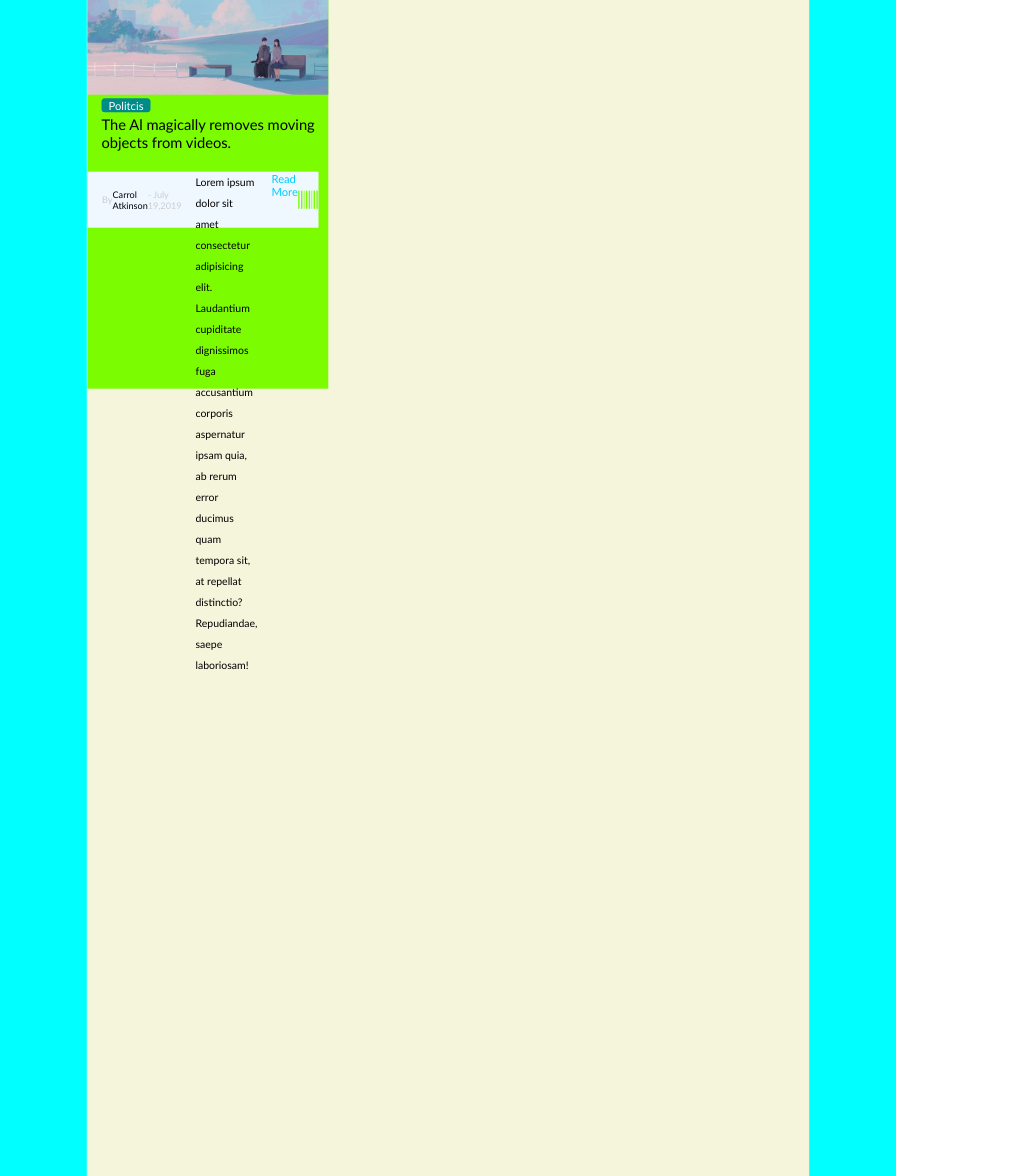
Repository: giacatdat2k5/html3
Page: html3.vs/7.1.html
The author's editor kept a copy of each file at every save. The page is drawn from the files as they stood at one save, then again after the next save.
The browser window is 1280 px wide. The page is 1462 px wide, so the pictures cover 1462 px, including what lies to the right of the window. The pictures show the part of the page from y = 735 to 2415 px (the page is 2670 px tall before and 2882 px after), at 70% of full size.

Above is the page before, as saved 2023-09-27 15:43:18.

After the next save:
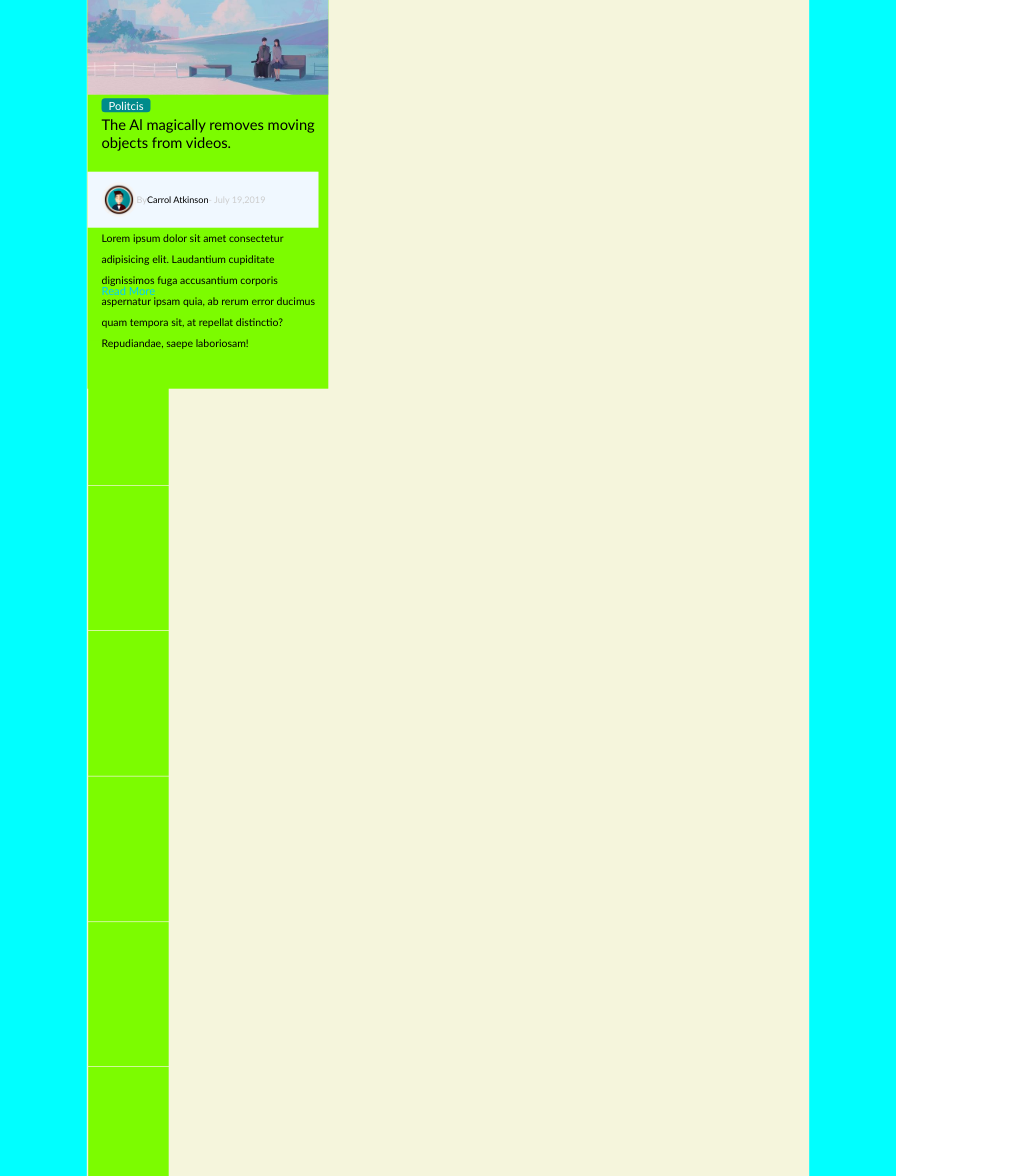
Saved 16 s later.
--- a/html3.vs/7.1.html
+++ b/html3.vs/7.1.html
@@ -70,6 +70,7 @@
                     Carrol Atkinson
                     <span class="c">- July 19,2019</span>
                 </div>
+            </div>
                 <div class="lorem">Lorem ipsum dolor sit amet consectetur adipisicing elit. Laudantium cupiditate dignissimos fuga accusantium corporis aspernatur ipsam quia, ab rerum error ducimus quam tempora sit, at repellat distinctio? Repudiandae, saepe laboriosam!</div>
                 <div class="read">Read More </div>
             <div class="ccitems"></div>
